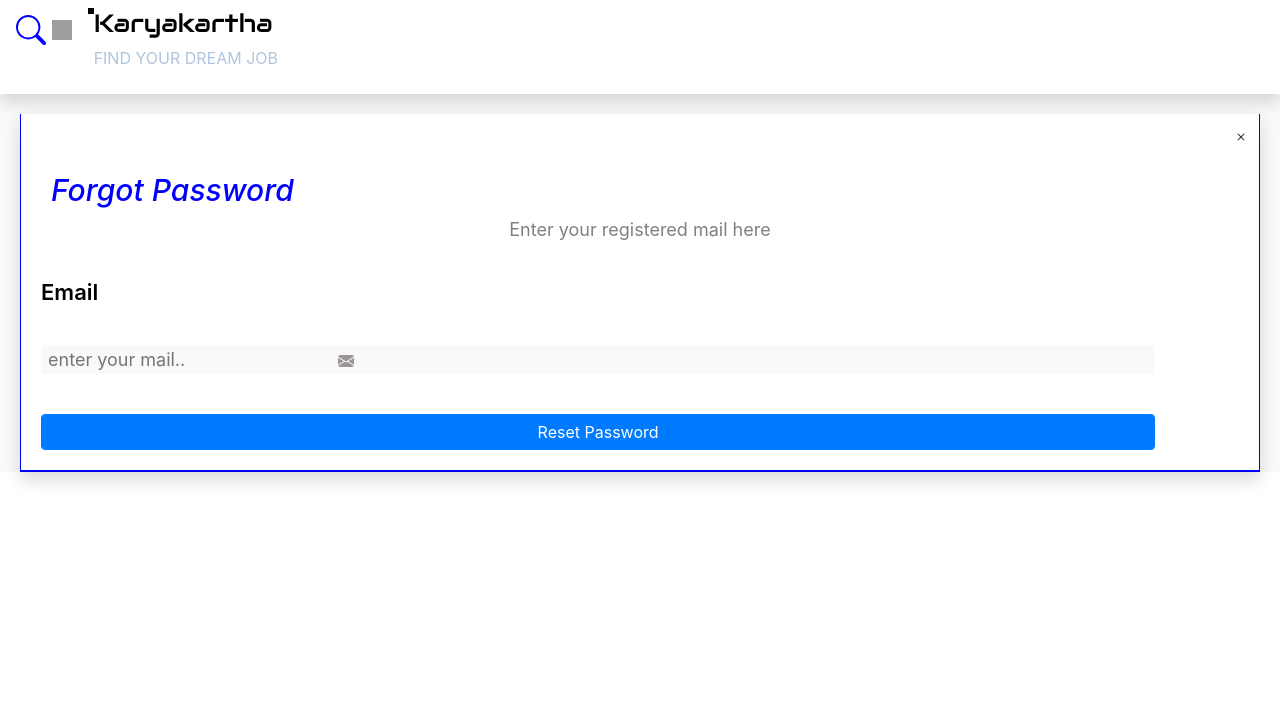
Repository: siri548/Karyakartha
Page: forgotPage.html
An editor plug-in stored every save of this project. The page is shown before and after a run of saves, followed by the edit.
The browser window is 1280 px wide. The pictures show the whole page.
Pictures or frames that could not be fetched are drawn as grey boxes.

Above is the page before, as saved 2023-11-04 18:28:54.
Console error (its wording comes from the project's code and is left out).

### forgotPage.html
<!DOCTYPE html>
<html lang="en">

<head>
    <meta charset="UTF-8">
    <meta name="viewport" content="width=device-width, initial-scale=1.0">
    <link rel="stylesheet" href="https://cdn.jsdelivr.net/npm/bootstrap@4.6.2/dist/css/bootstrap.min.css">
    <link rel="stylesheet" href="https://cdnjs.cloudflare.com/ajax/libs/font-awesome/6.4.0/css/all.min.css">

    <script src="https://cdn.jsdelivr.net/npm/bootstrap@4.6.2/dist/js/bootstrap.bundle.min.js" integrity="sha384-Fy6S3B9q64WdZWQUiU+q4/2Lc9npb8tCaSX9FK7E8HnRr0Jz8D6OP9dO5Vg3Q9ct" crossorigin="anonymous"></script>
    <script src="https://cdn.jsdelivr.net/npm/jquery@3.5.1/dist/jquery.slim.min.js" integrity="sha384-DfXdz2htPH0lsSSs5nCTpuj/zy4C+OGpamoFVy38MVBnE+IbbVYUew+OrCXaRkfj" crossorigin="anonymous"></script>
    <script src="https://cdn.jsdelivr.net/npm/popper.js@1.16.1/dist/umd/popper.min.js" integrity="sha384-9/reFTGAW83EW2RDu2S0VKaIzap3H66lZH81PoYlFhbGU+6BZp6G7niu735Sk7lN" crossorigin="anonymous"></script>

    <link rel="stylesheet" href="https://fonts.googleapis.com/css?family=Audiowide">

    <link rel="stylesheet" text="css/text" href="forgotPage.css">
</head>

<body>
    <div class="bg-forgotPage bg-light">
        <nav class="navbar navbar-expand-lg navbar-light bg-white shadow">
            <div class="d-flex flex-row justify-content-between">
                <div>
                    <a class=" navbar-brand " href="# ">

                        <svg xmlns="http://www.w3.org/2000/svg" width="30" height="30" class="bi bi-search outer-icon" fill="blue" viewBox="0 0 16 16">
<path  d        = "M11.742 10.344a6.5 6.5 0 1 0-1.397 1.398h-.001c.03.04.062.078.098.115l3.85 3.85a1 1 0 0 0 1.415-1.414l-3.85-3.85a1.007 1.007 0 0 0-.115-.1zM12 6.5a5.5 5.5 0 1 1-11 0 5.5 5.5 0 0 1 11 0z"/>
</svg>
                        <img src="D:\icons\trend.png " class="inner-icon" />
                    </a>
                </div>
                <div class="forgotPage-verticlelineBrandname">
                </div>
                <div>
                    <h1 class="karykartaname">Karyakartha </h1>
                    <p class="karyakartha-tagline">FIND YOUR DREAM JOB</p>
                </div>
            </div> <button class=" navbar-toggler " type="button " data-toggle="collapse " data-target="#navbarNavAltMarkup " aria-controls="navbarNavAltMarkup " aria-expanded="false " aria-label="Toggle navigation ">
                    <span class="navbar-toggler-icon "></span>
                    </button>
            <div class="collapse navbar-collapse " id="navbarNavAltMarkup ">
                <div class="navbar-nav ml-auto ">
                    <a class="nav-link active " href="# ">
                        <span class="sr-only "></span>
                    </a>
                    <a class="nav-link " href="# "></a>
                    <a class="nav-link " href="# "></a>
                    <a class="nav-link " href="# "></a>
                </div>
            </div>
        </nav>
        <div class="forgotPage-card shadow">
            <div class="text-right ">
                <svg xmlns="http://www.w3.org/2000/svg" width="16" height="16" fill="currentColor" class="bi bi-x" viewBox="0 0 16 16">
<path d     = "M4.646 4.646a.5.5 0 0 1 .708 0L8 7.293l2.646-2.647a.5.5 0 0 1 .708.708L8.707 8l2.647 2.646a.5.5 0 0 1-.708.708L8 8.707l-2.646 2.647a.5.5 0 0 1-.708-.708L7.293 8 4.646 5.354a.5.5 0 0 1 0-.708z"/>
</svg>

                <i class="forgotPage-closeIcon bi bi-x"></i>
            </div>

            <h1 class="forgotHeading ">Forgot Password</h1>
            <div class="text-center">
                <p class="forgotPage-para">Enter your registered mail here</p>
            </div>
            <div>
                <h1 class="forgotPage-emailHeading ">Email</h1>
            </div>
            <div class="forgotPage-inputContainer ">
                <input type="text" placeholder=" enter your mail.. " class="forgotPage-input">




                <svg xmlns="http://www.w3.org/2000/svg" width="16" height="16" fill="currentColor" class="bi bi-envelope-fill forgotPage-envelopeIcon text-end" viewBox="0 0 16 16">
<path d     = "M.05 3.555A2 2 0 0 1 2 2h12a2 2 0 0 1 1.95 1.555L8 8.414.05 3.555ZM0 4.697v7.104l5.803-3.558L0 4.697ZM6.761 8.83l-6.57 4.027A2 2 0 0 0 2 14h12a2 2 0 0 0 1.808-1.144l-6.57-4.027L8 9.586l-1.239-.757Zm3.436-.586L16 11.801V4.697l-5.803 3.546Z"/>
</svg>



            </div>

            <button class=" btn btn-primary forgotPage-resetButton">Reset Password</button>

        </div>
    </div>
</body>

</html>

</html>

### forgotPage.css
.bg-forgotpage {
    background-color: lightgrey;
}

.outer-icon {
    color: blue;
    background-size: cover;
}

.inner-icon {
    color: blue;
    font-size: 20px;
    width: 20px;
    height: 20px;
}

.forgotPage-verticlelineBrandname {
    width: 1px;
    height: 100%;
    background-color: black;
    padding: 3px;
}

.karykartaname {
    font-size: 25px;
    color: black;
    font-family: "Audiowide", sans-serif;
}

.forgotPage-card {
    background-color: white;
    border-color: blue;
    border-top: 0px;
    border-right: 1px solid blue;
    border-left: 1px solid blue;
    border-bottom: 2px solid blue;
    margin: 20px;
}

.forgotPage-closeIcon {
    color: black;
    font-size: 25px;
    padding-right: 10px;
}

.forgotHeading {
    color: blue;
    font-size: 30px;
    padding-left: 30px;
    padding-top: 20px;
    font-style: italic;
}

.karyakartha-tagline {
    color: lightsteelblue;
    font-size: 16px;
}

.forgotPage-para {
    color: grey;
    font-size: 18px;
}

.forgotPage-emailHeading {
    color: black;
    font-weight: 600;
    font-size: 22px;
    padding: 20px;
}

.forgotPage-envelopeIcon {
    color: rgb(155, 150, 150);
    font-size: 18px;
}

.forgotPage-inputContainer {
    background-color: rgb(250, 248, 248);
    margin: 20px;
    font-size: 18px;
    width: 90%;
}

.forgotPage-input {
    background-color: rgb(250, 248, 248);
    border-width: 0px;
}

.forgotPage-resetButton {
    padding: 5px;
    text-align: center;
    margin: 20px;
    text-align: center;
    width: 90%;
}

After the next 3 saves:
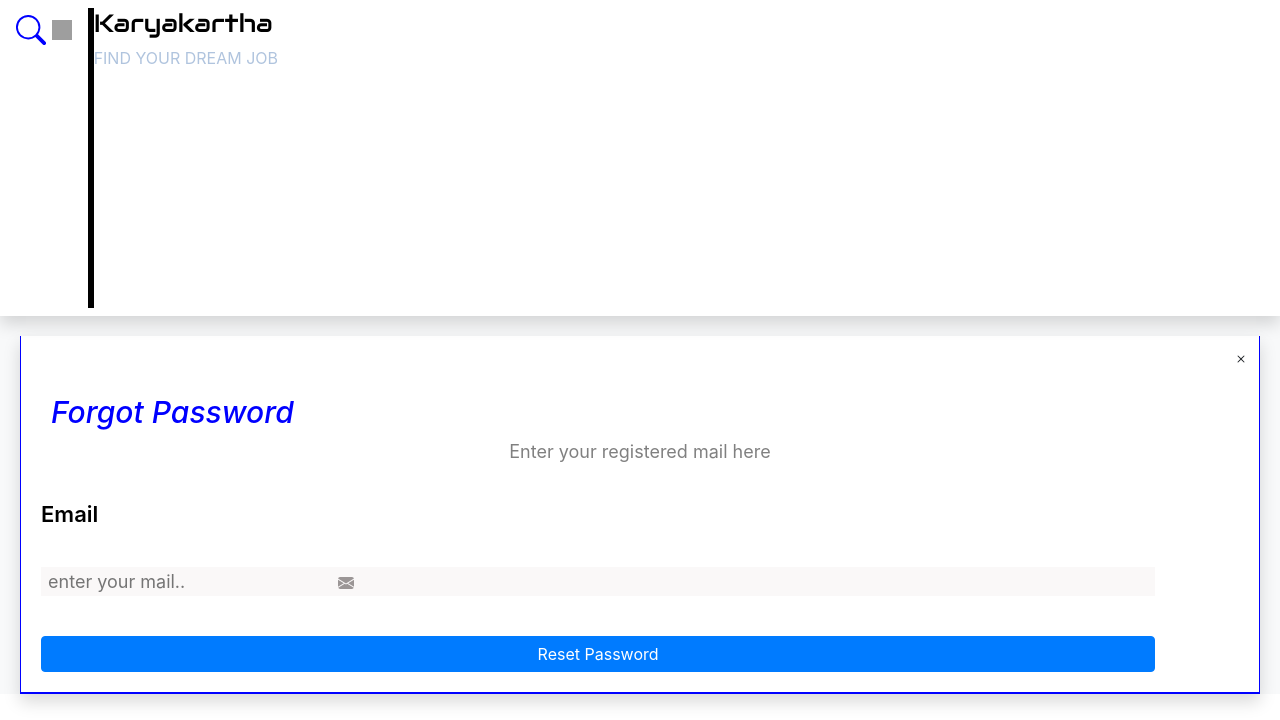
The 3 saves are shown as one change because they came seconds apart.
The last was saved 2 min 56 s later.
--- a/forgotPage.css
+++ b/forgotPage.css
@@ -15,10 +15,10 @@
 }
 
 .forgotPage-verticlelineBrandname {
-    width: 1px;
-    height: 100%;
+    width           : 1px;
+    height          : 300px;
     background-color: black;
-    padding: 3px;
+    padding         : 3px;
 }
 
 .karykartaname {
